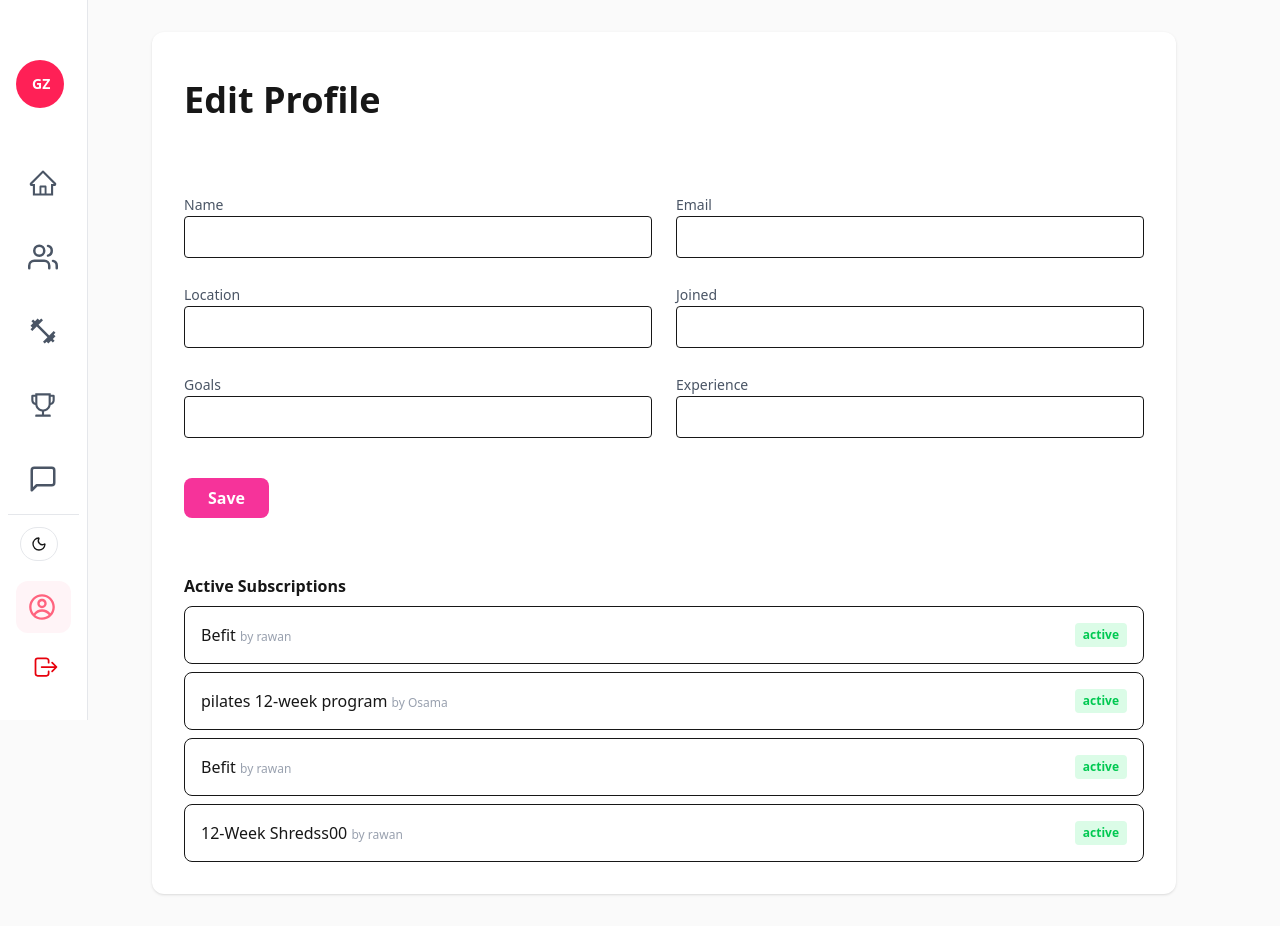
Repository: Brutalxnor/godzilla_fe
Page: /profile/edit
These files come from the project's save history. The page is drawn as it stood at one moment and after the next save; the edit follows.
The browser window is 1280 px wide. The pictures show the whole page.
The page's requests for data from a server got no answer. The project was rebuilt for these pictures with package versions that can differ from the ones it lists, and the page was loaded fresh each time. The framework's server and built-in components were replaced by stand-ins that run in the browser. No one was signed in, and anything a server would have sent is missing. Also part of the build but not shown: next.config.ts.

Above is the page before, as saved 2025-11-13 13:30:39.

After the next save:
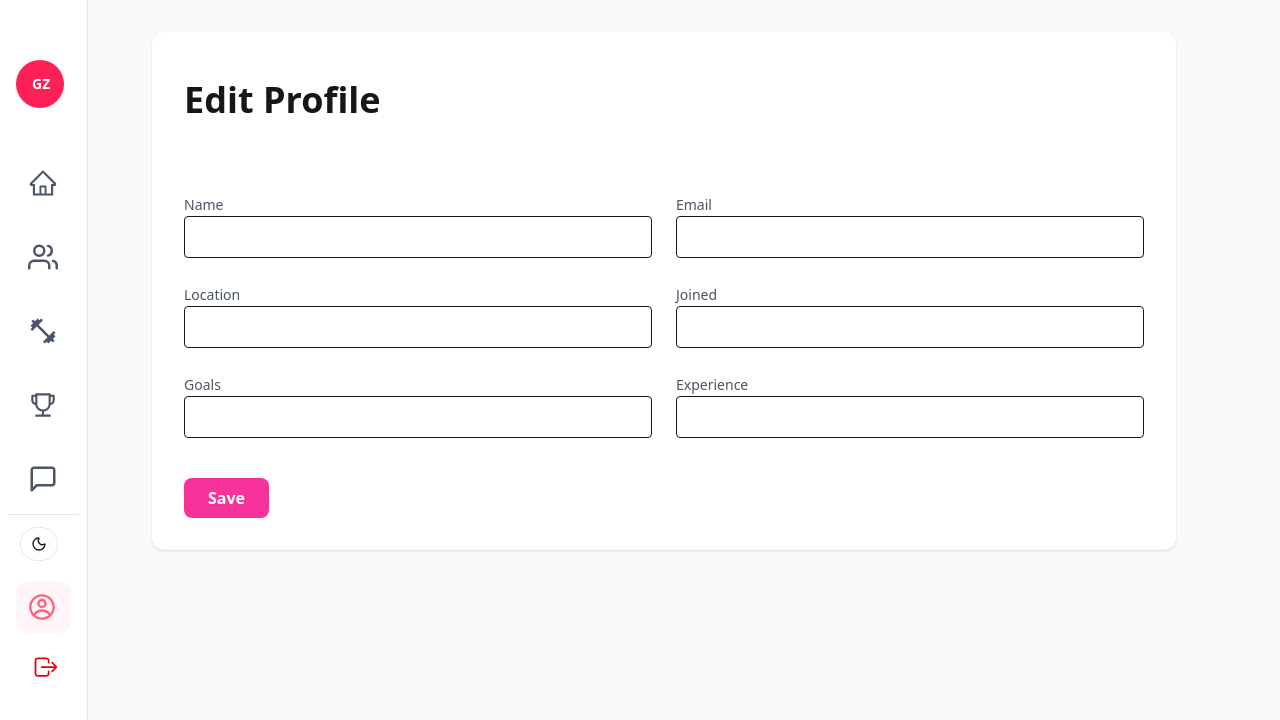
Saved 15 s later.
--- a/app/profile/edit/page.tsx
+++ b/app/profile/edit/page.tsx
@@ -123,50 +123,6 @@ const Page = () => {
               </button>
             </form>
 
-            {/* Subscriptions Example */}
-            <div className="mt-8">
-              <h3 className="text-md font-semibold mb-2">
-                Active Subscriptions
-              </h3>
-              <div className="flex flex-col gap-2">
-                <div className="border rounded-lg p-4 flex items-center justify-between">
-                  <span>
-                    Befit{" "}
-                    <span className="text-xs text-gray-400">by rawan</span>
-                  </span>
-                  <span className="text-green-500 font-bold text-xs bg-green-100 px-2 py-1 rounded">
-                    active
-                  </span>
-                </div>
-                <div className="border rounded-lg p-4 flex items-center justify-between">
-                  <span>
-                    pilates 12-week program{" "}
-                    <span className="text-xs text-gray-400">by Osama</span>
-                  </span>
-                  <span className="text-green-500 font-bold text-xs bg-green-100 px-2 py-1 rounded">
-                    active
-                  </span>
-                </div>
-                <div className="border rounded-lg p-4 flex items-center justify-between">
-                  <span>
-                    Befit{" "}
-                    <span className="text-xs text-gray-400">by rawan</span>
-                  </span>
-                  <span className="text-green-500 font-bold text-xs bg-green-100 px-2 py-1 rounded">
-                    active
-                  </span>
-                </div>
-                <div className="border rounded-lg p-4 flex items-center justify-between">
-                  <span>
-                    12-Week Shredss00{" "}
-                    <span className="text-xs text-gray-400">by rawan</span>
-                  </span>
-                  <span className="text-green-500 font-bold text-xs bg-green-100 px-2 py-1 rounded">
-                    active
-                  </span>
-                </div>
-              </div>
-            </div>
           </div>
         </div>
       </main>
